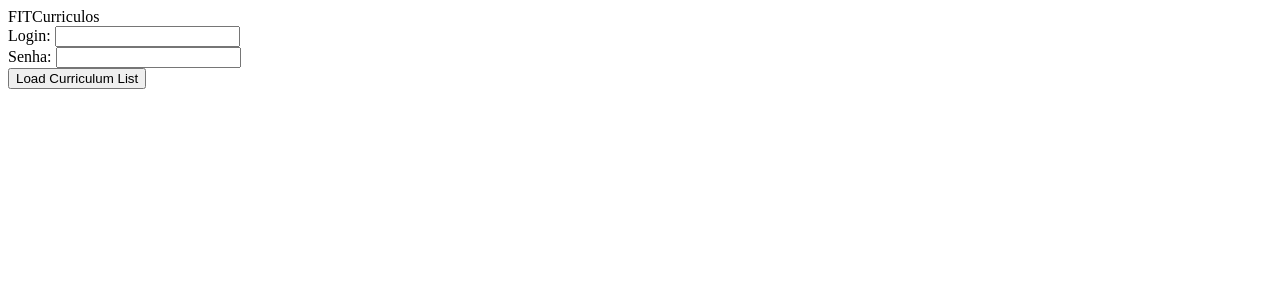
Repository: danielcp10/fitcurriculos
Page: http://localhost/FitCurriculos/Login.jsp
These files come from the project's save history. The page is drawn as it stood at one moment and after the next save; the edit follows.
The browser window is 1280 px wide. The pictures show the whole page.
The page is served by Tomcat 9. Other server files are loaded and not shown.

Above is the page before, as saved 2019-11-11 12:26:33.

### FitCurriculos/src/main/webapp/Login.jsp
<%@ page language="java" contentType="text/html; charset=ISO-8859-1"
    pageEncoding="ISO-8859-1"%>
<!DOCTYPE html PUBLIC "-//W3C//DTD HTML 4.01 Transitional//EN" "http://www.w3.org/TR/html4/loose.dtd">
<html>
	<head>
		<meta http-equiv="Content-Type" content="text/html; charset=ISO-8859-1">
		<title>FITCurriculos</title>
	</head>
	<body>
		<form method = "post" action="ShowCurriculum">
			FITCurriculos <br/>

			Login:
			<input type="text" value = "" name = "Login"><br/>
			Senha:
			<input type="text" value = "" name = "Senha"><br/>
			<input type="submit" value="Load Curriculum List" />
		</form>
	</body>
</html>

After the next save:
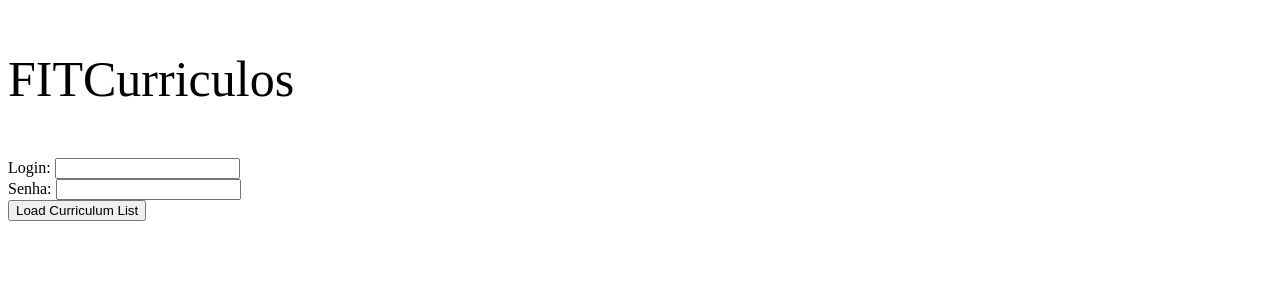
Saved 15 min 8 s later.
--- a/FitCurriculos/src/main/webapp/Login.jsp
+++ b/FitCurriculos/src/main/webapp/Login.jsp
@@ -8,7 +8,7 @@
 	</head>
 	<body>
 		<form method = "post" action="ShowCurriculum">
-			FITCurriculos <br/>
+			<p style="font-size:50px;">FITCurriculos</p>
 
 			Login:
 			<input type="text" value = "" name = "Login"><br/>
